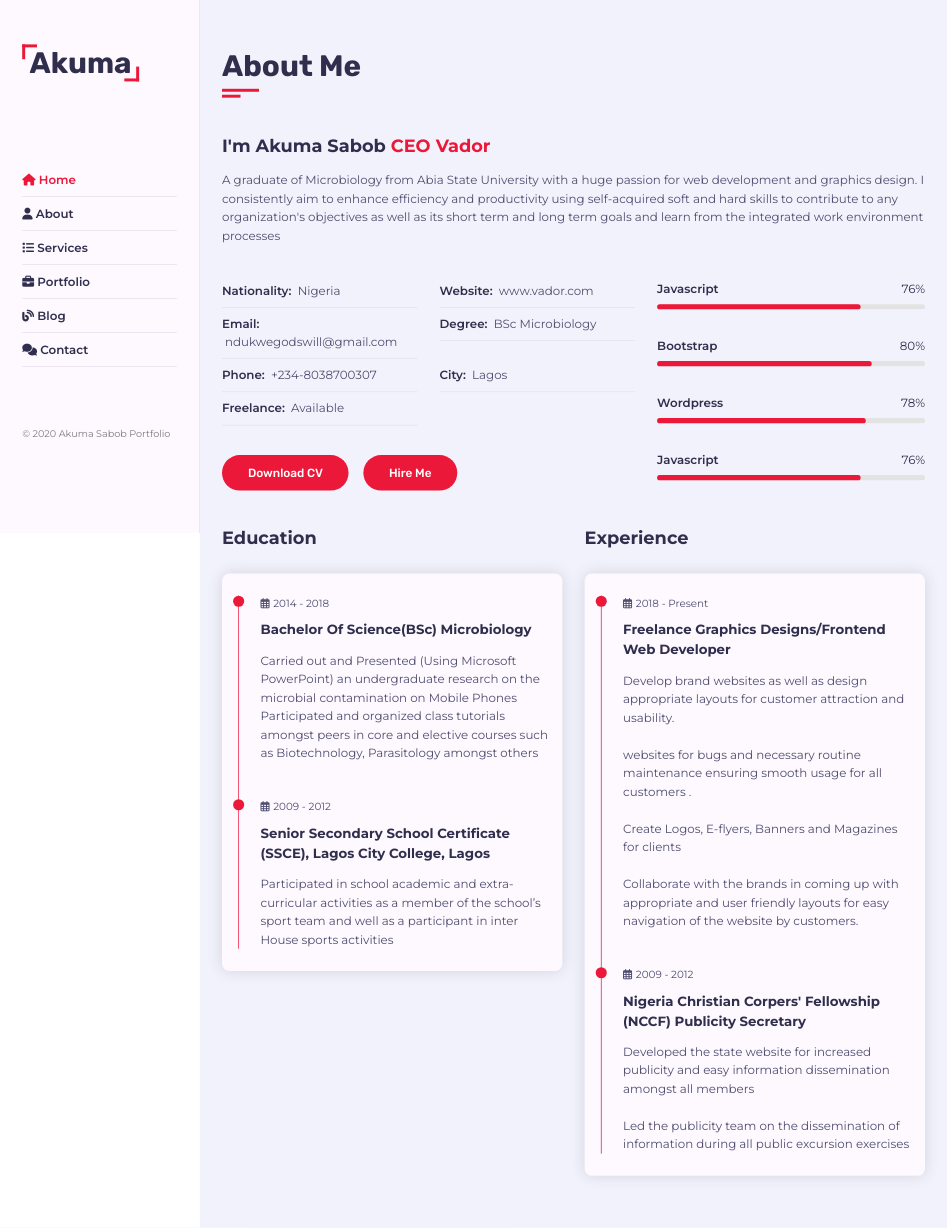
Repository: Akuma001/MY-Portfolio
Page: index.html
The author's editor kept a copy of each file at every save. The page is drawn from the files as they stood at one save, then again after the next save.
The browser window is 1280 px wide. The pictures show the whole page, at 74% of full size.
Some web libraries are served in a nearby version.

Above is the page before, as saved 2020-12-14 00:47:48.

After the next save:
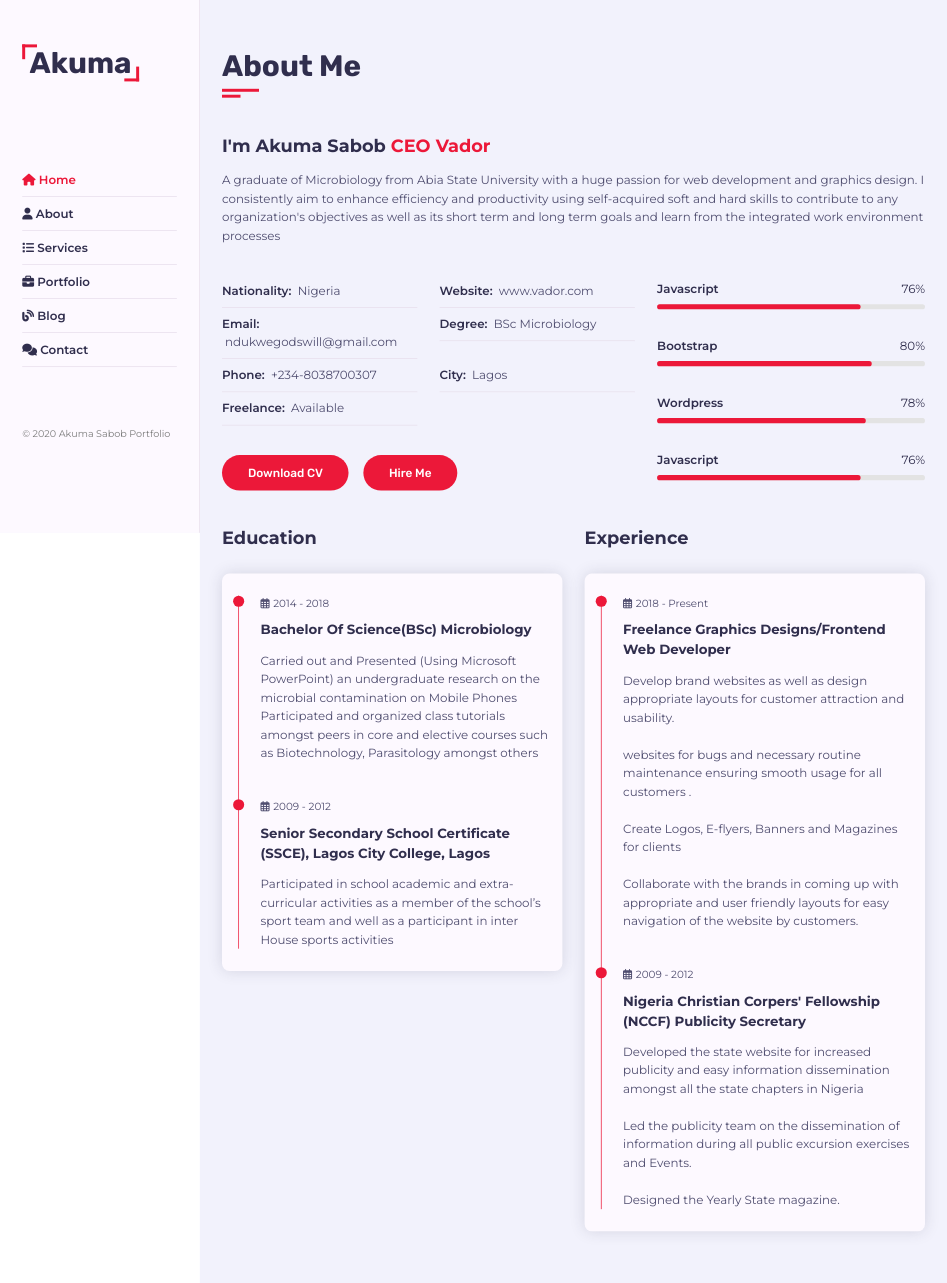
Saved 2 min 35 s later.
--- a/index.html
+++ b/index.html
@@ -220,9 +220,10 @@
                               Publicity Secretary</h4>
                             <p class="timeline-text">
                               Developed the state website for increased publicity and easy information
-                              dissemination amongst all members <br><br>
+                              dissemination amongst all the state chapters in Nigeria <br><br>
                               Led the publicity team on the dissemination of information during all public
-                              excursion exercises
+                              excursion exercises and Events.<br><br>
+                              Designed the Yearly State magazine.
                             </p>
                           </div>
                            <!-----------Timeline item End------------->
